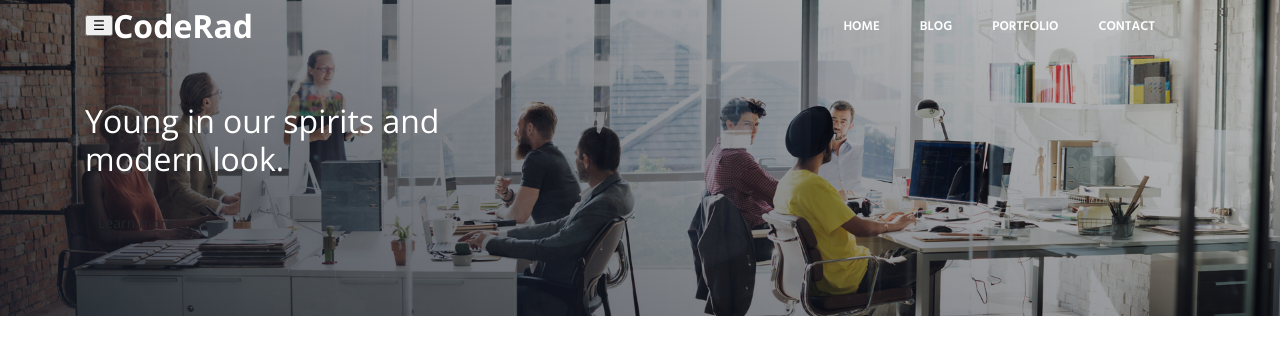
Repository: Sc-Juju/CodeRad
Page: index.html
The author's editor kept a copy of each file at every save. The page is drawn from the files as they stood at one save, then again after the next save.
The browser window is 1280 px wide. The pictures show the whole page.

Above is the page before, as saved 2022-10-26 20:15:43.

After the next save:
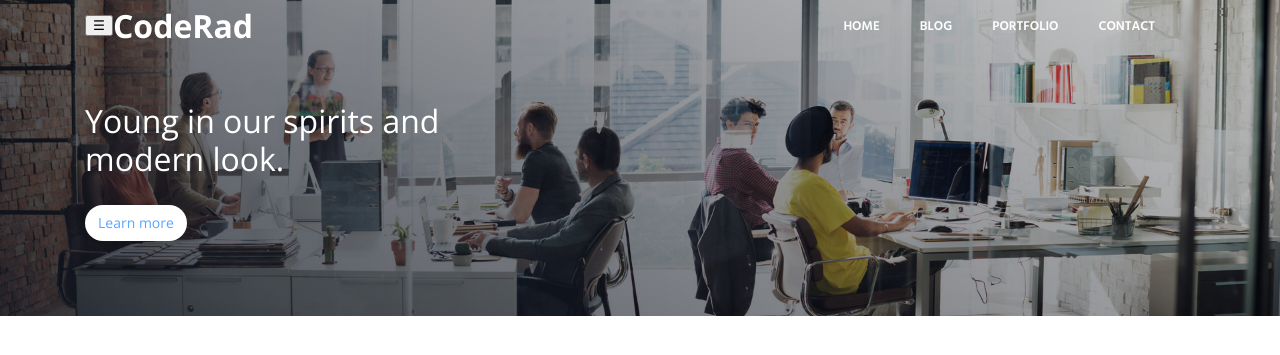
Saved 1 s later.
--- a/css/default.css
+++ b/css/default.css
@@ -67,6 +67,10 @@ img {
     border-radius:1.25rem;
     transition: ease-in-out .3s;
 }
+.btn-white{
+    background-color: var(--white);
+    color: var(--font-color-link);
+}
 
 @media (min-width:1200px){
     .container{ max-width: 1140px; }
